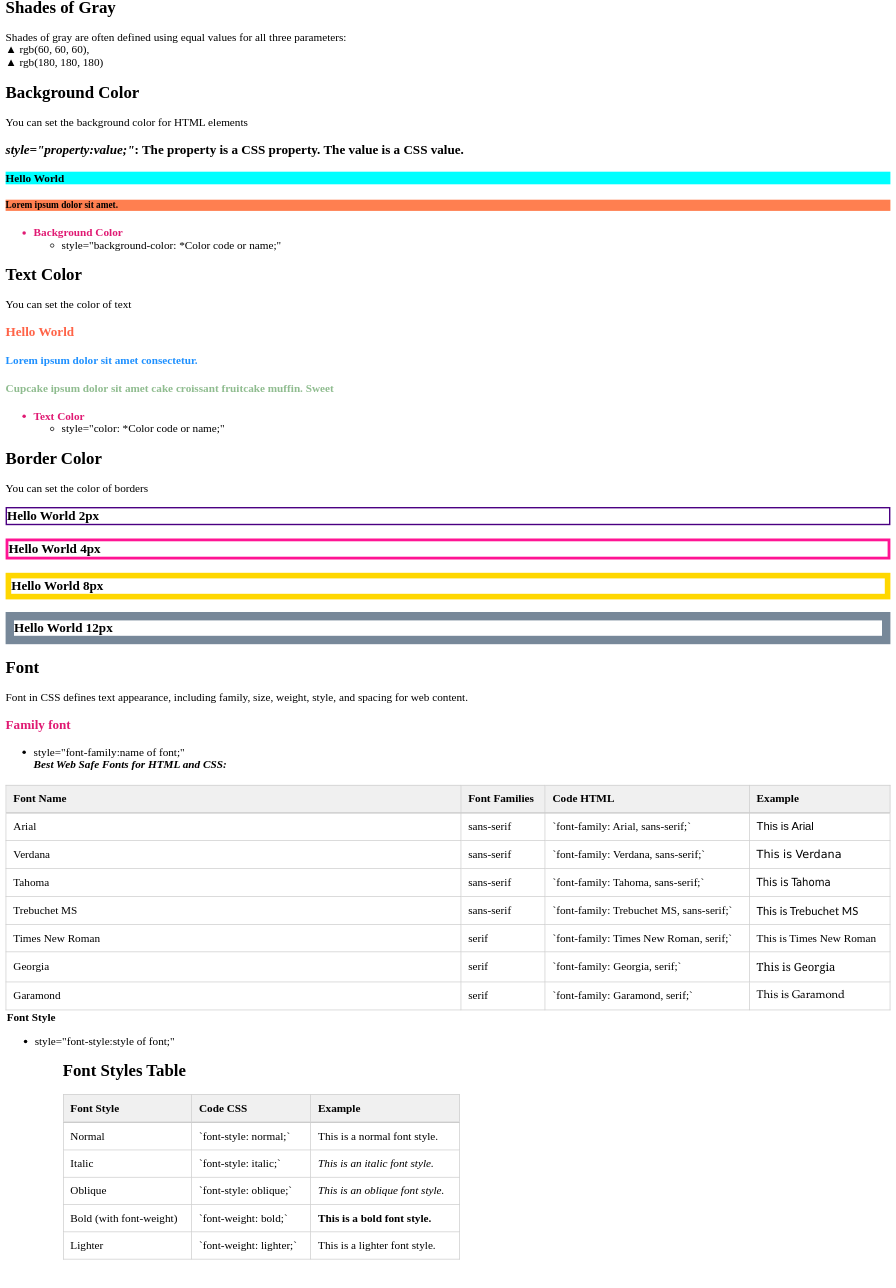
Repository: AnnaSpirit/2025_
Page: Bases/OK/HTML_Text_Formatting.html
These files come from the project's save history. The page is drawn as it stood at one moment and after a run of saves; the edit follows.
The browser window is 1280 px wide. The pictures show the part of the page from y = 2086 to 4006 px (the page is 3926 px tall before and 4006 px after), at 70% of full size.

Above is the page before, as saved 2025-01-09 16:19:59.

After the next 2 saves:
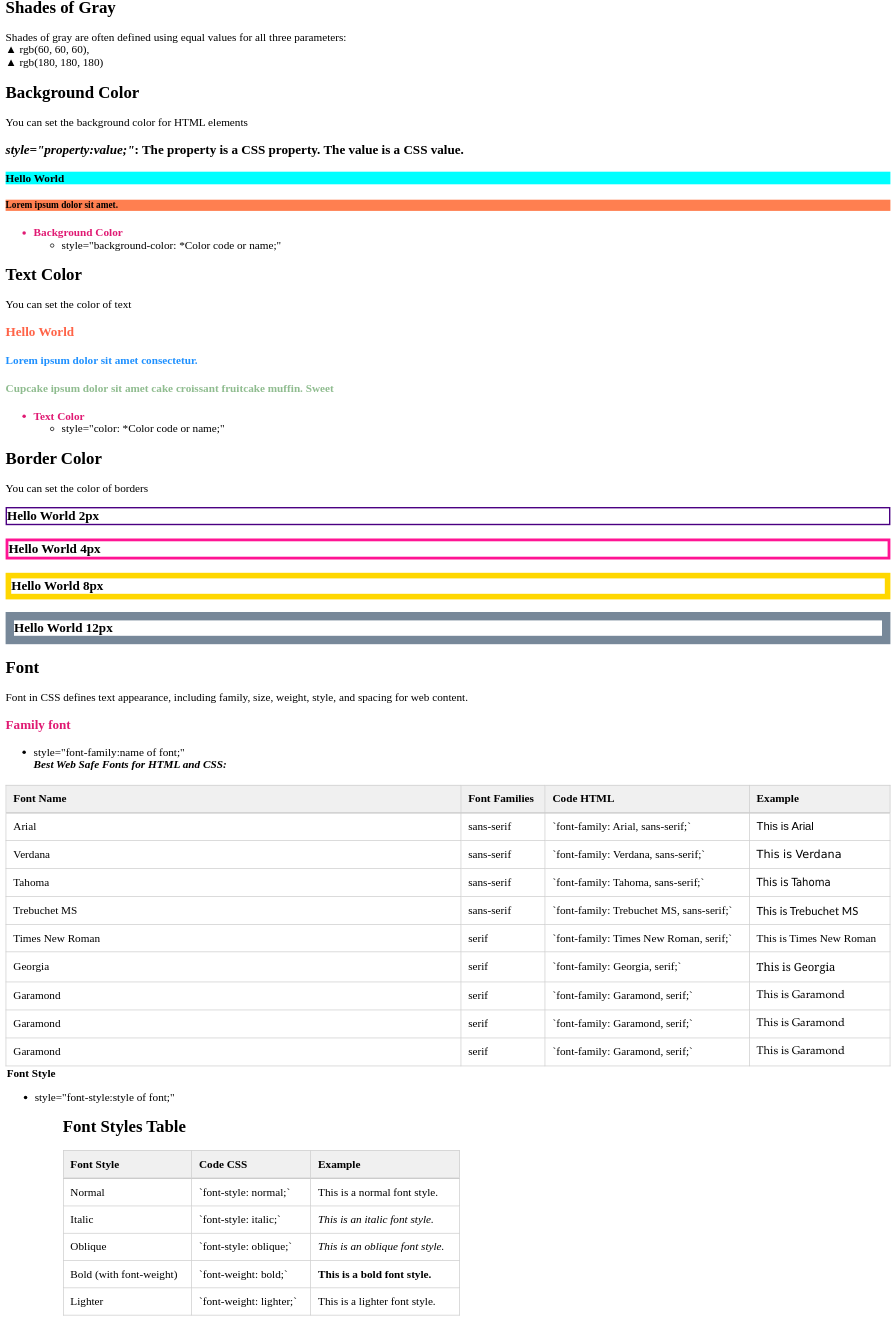
The 2 saves are shown as one change because they came seconds apart.
The last was saved 48 s later.
--- a/Bases/OK/HTML_Text_Formatting.html
+++ b/Bases/OK/HTML_Text_Formatting.html
@@ -276,6 +276,18 @@
                 <td style="padding: 10px; border: 1px solid #ccc; font-family: Garamond, serif;">This is Garamond</td>
             </tr>
             <tr>
+                <td style="padding: 10px; border: 1px solid #ccc;">Garamond</td>
+                <td style="padding: 10px; border: 1px solid #ccc;">serif</td>
+                <td style="padding: 10px; border: 1px solid #ccc;">`font-family: Garamond, serif;`</td>
+                <td style="padding: 10px; border: 1px solid #ccc; font-family: Garamond, serif;">This is Garamond</td>
+            </tr>
+            <tr>
+                <td style="padding: 10px; border: 1px solid #ccc;">Garamond</td>
+                <td style="padding: 10px; border: 1px solid #ccc;">serif</td>
+                <td style="padding: 10px; border: 1px solid #ccc;">`font-family: Garamond, serif;`</td>
+                <td style="padding: 10px; border: 1px solid #ccc; font-family: Garamond, serif;">This is Garamond</td>
+            </tr>
+            <tr>
                 <td style="padding: 10
 
 </p>
